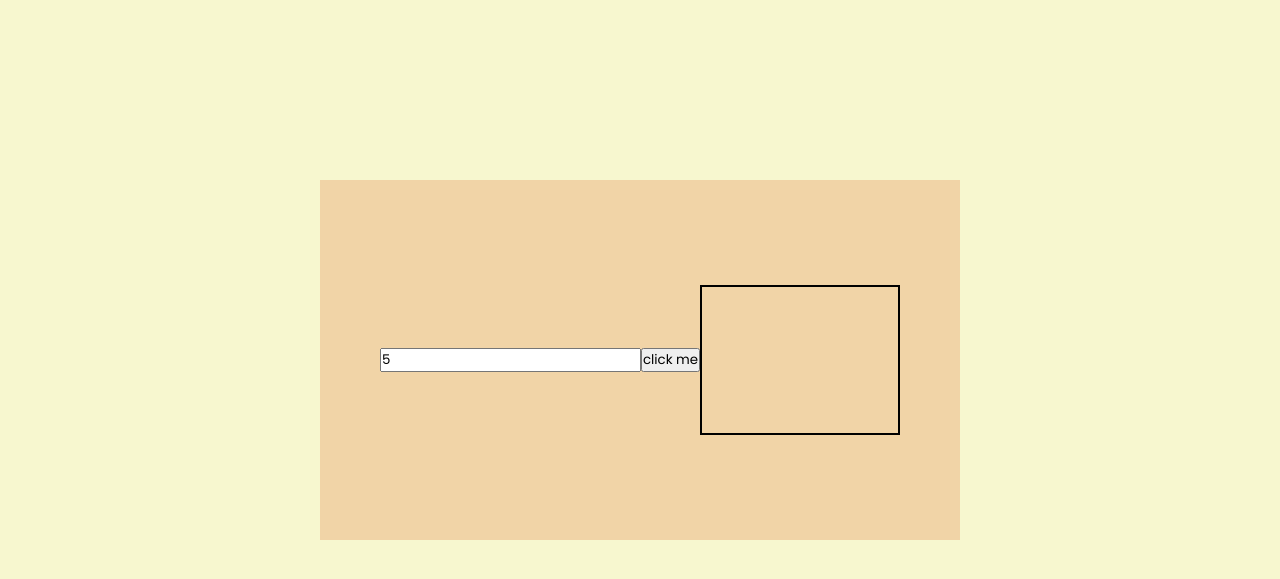
Repository: LusyaPetrosyan/Guessing-Game
Page: index.html
An editor plug-in stored every save of this project. The page is shown before and after the next save, followed by the edit.
The browser window is 1280 px wide. The pictures show the whole page.
Empty fields were first filled with sample values (such as "Sample", 5 or name@example.com).
After loading, the first visible `#button` was clicked once.

Above is the page before, as saved 2022-02-22 18:39:03.
Console error: ReferenceError: max is not defined

### index.html
<!DOCTYPE html>
<html lang="en">
<head>
    <meta charset="UTF-8">
    <meta http-equiv="X-UA-Compatible" content="IE=edge">
    <meta name="viewport" content="width=device-width, initial-scale=1.0">
    <title>Document</title>
    <link rel="stylesheet" href="style.css">
</head>
<body>
    <div class="body">
        <div class="conteiner">
            <div class="main">
                <input type="number" id="value" placeholder="enter number 1-6">
                <button class="btn" id="button">click me</button>
                <div class="table" id="show-text">
                    <p class="p1"></p>
                    <p class="p2"></p>
                </div>
                <p class="sum"></p>
            </div>
        </div>
    <script src="script.js"></script>
</body>
</html>

### style.css
@import url('https://fonts.googleapis.com/css2?family=Poppins:wght@200;300;400;500;600;700&display=swap');
* {
    margin: 0;
    padding: 0;
    box-sizing: border-box;
    font-family: 'Poppins', sans-serif;
}

.body {
    background-color: rgb(247, 247, 207);
    position: absolute;
    width: 100%;
    height: 100%;
    display: flex;
    align-items: center;
    justify-content: center;
}

.conteiner {
    background-color: rgb(241, 212, 167);
    position: relative;
    width: 50%;
    height: 50%;
    display: flex;
    align-items: center;
    justify-content: center;
}

.main {
    display: contents;
    flex-direction: row;
}


/* .btn {

} */

.table {
    border: 2px solid black;
    width: 200px;
    height: 150px;
}

### script.js
const value = document.getElementById("value");
const button = document.getElementById("button");
const p1Text = document.querySelector(".p1");
let p2Text = document.querySelector(".p2");
const sum = document.querySelector(".sum");
let showText = document.getElementById("show-text");
let count = 0;

button.addEventListener("click", function() {
    let random = Math.floor(Math.random() * max) + 1;
    p1Text.innerText = "random number: " + random;
    let inputValue = "";
    if (Number(value.value) > 6 || Number(value.value) < 1) {
        showText.innerText = "";
        alert("enter chisht number, 1-6")
    } else {
        inputValue = Number(value.value);
    }
    let a = new Promise((resolve, reject)=>{
        if (inputValue === random) {
            count = 2;
            resolve(count);
        } else if (Math.abs(inputValue - random) === 1) {
            count = 1;
            resolve(count);
        } else {
            count = 0;
            reject(count);
        }
    })
    a.then((arg)=>{
        p2Text.innerText = "count number: " + arg;
    }).catch((val)=>{
        p2Text.innerText = "count number: " + val;
    })
})

After the next save:
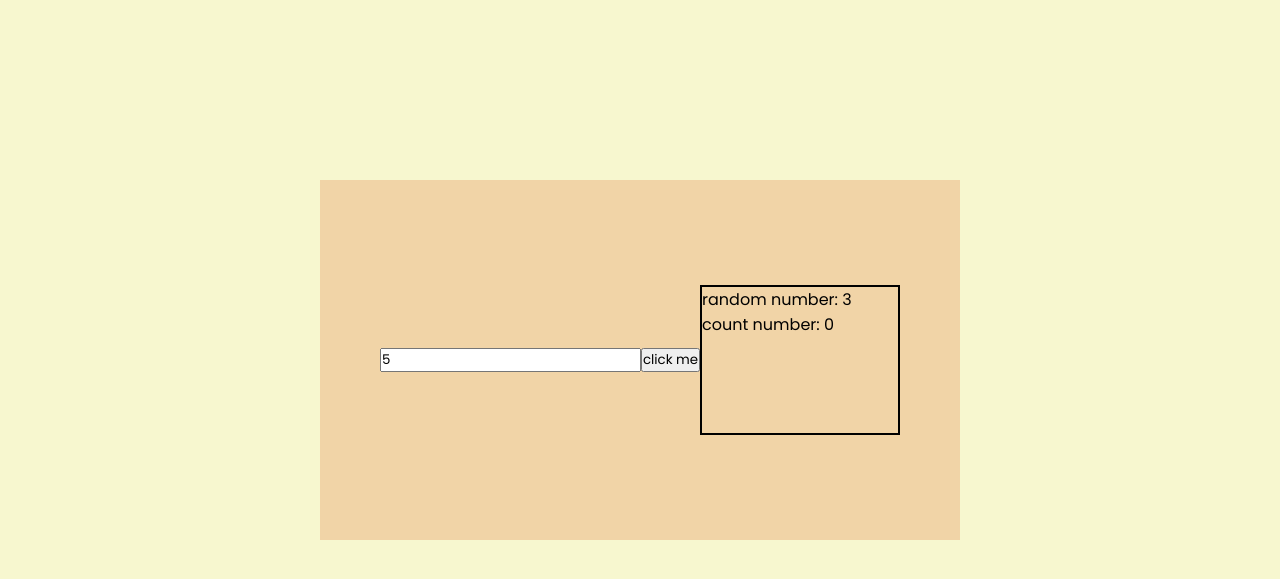
The error is gone.
Saved 36 s later.
--- a/script.js
+++ b/script.js
@@ -7,7 +7,7 @@ let showText = document.getElementById("show-text");
 let count = 0;
 
 button.addEventListener("click", function() {
-    let random = Math.floor(Math.random() * max) + 1;
+    let random = Math.floor(Math.random() * 6) + 1;
     p1Text.innerText = "random number: " + random;
     let inputValue = "";
     if (Number(value.value) > 6 || Number(value.value) < 1) {
